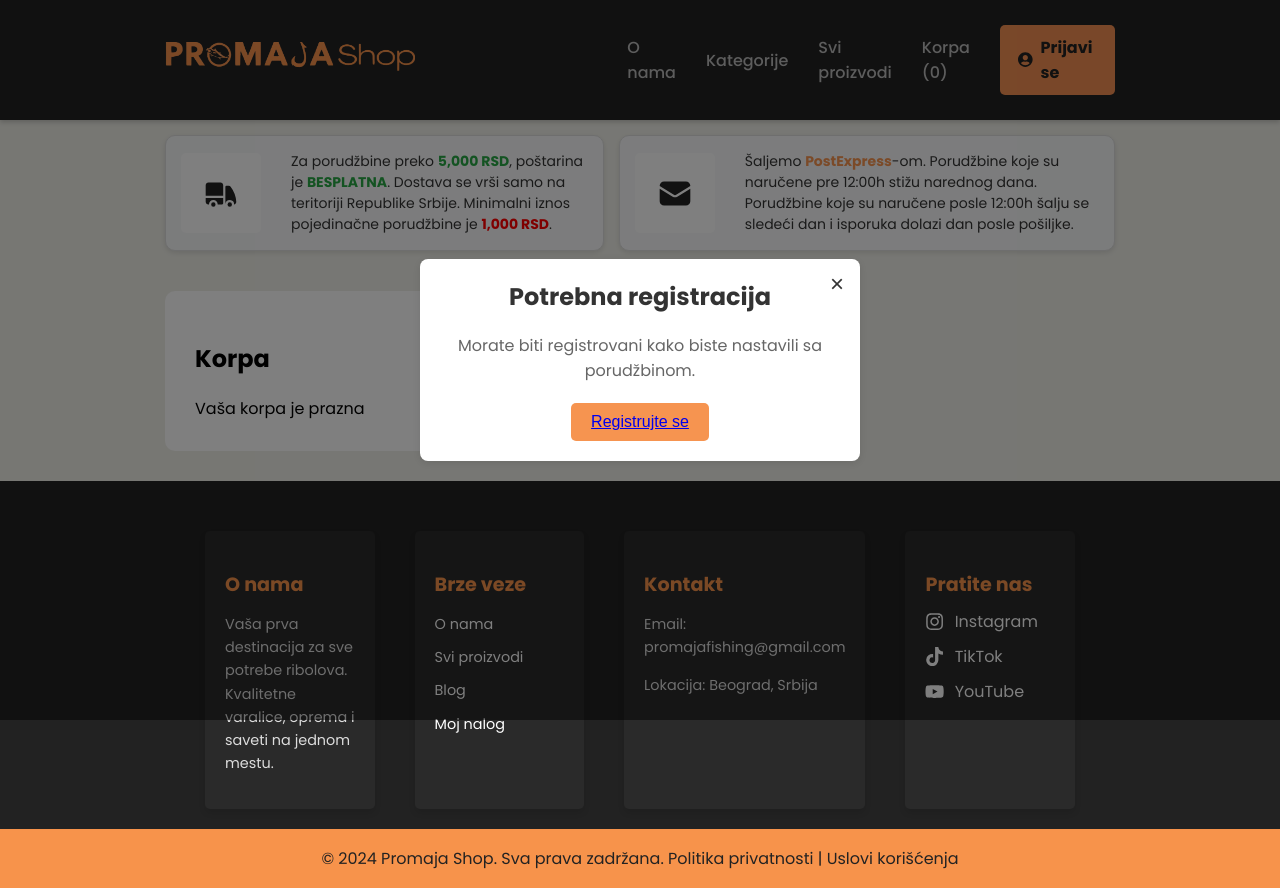
Repository: dimitrijekokovic/PromajaShopFront
Page: /cart
These files come from the project's save history. The page is drawn as it stood at one moment and after the next save; the edit follows.
The browser window is 1280 px wide. The pictures show the whole page.
The page's requests for data from a server got no answer. The project was rebuilt for these pictures with package versions that can differ from the ones it lists, and the page was loaded fresh each time. The framework's server and built-in components were replaced by stand-ins that run in the browser. No one was signed in, and anything a server would have sent is missing. Also part of the build but not shown: next.config.js, next.config.mjs, lib/colors.js, components/Button.js, components/Table.js, components/Input.js.

Above is the page before, as saved 2025-02-20 15:00:50.

After the next save:
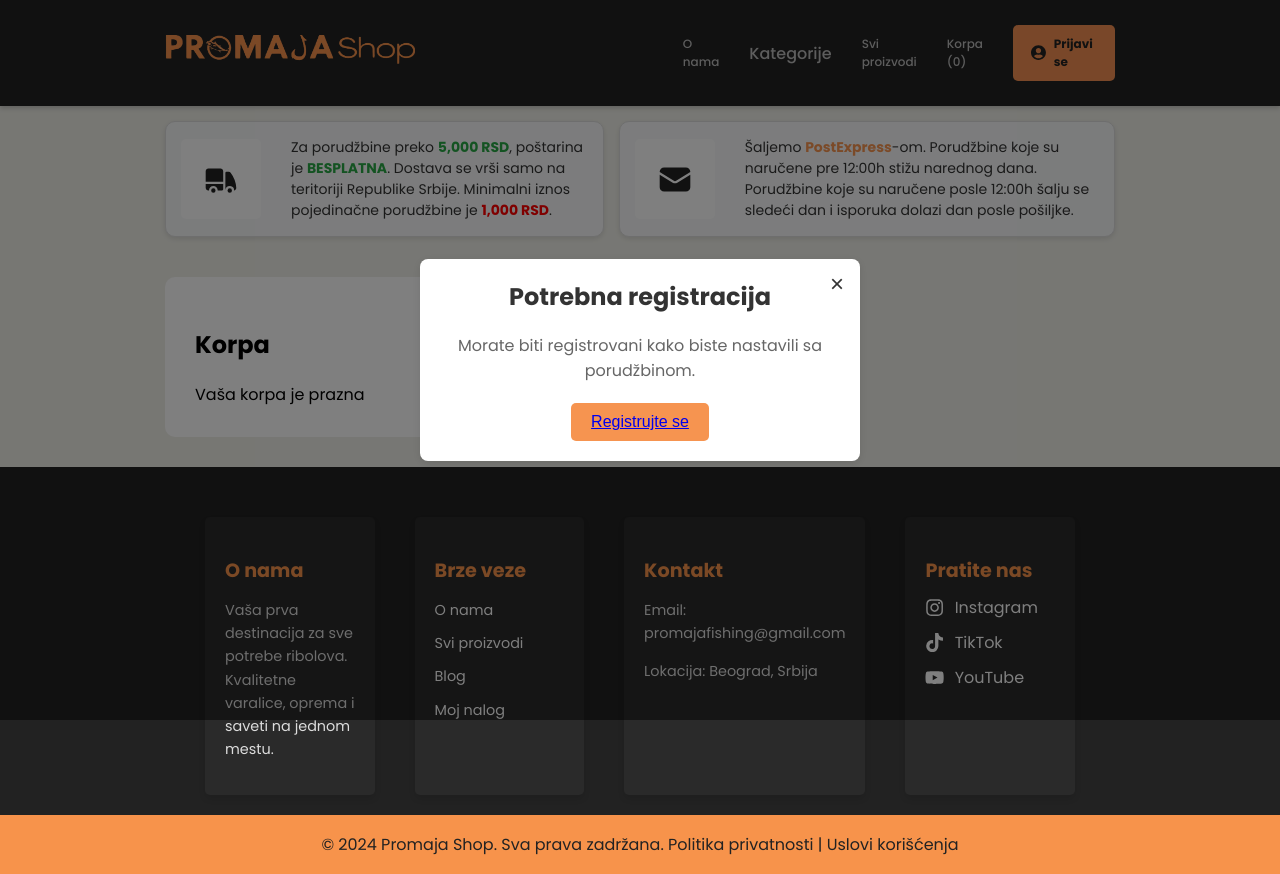
Saved 5 min 24 s later.
--- a/components/Header.js
+++ b/components/Header.js
@@ -44,7 +44,7 @@
 const NavLink = styled(Link)`
   color: #bbbbbb;
   text-decoration: none;
-  font-size: 16px;
+  font-size: 12px;
   font-weight: 500;
   display: flex;
   align-items: center;
@@ -69,7 +69,7 @@
   text-decoration: none;
   border-radius: 5px;
   font-weight: bold;
-  font-size: 16px;
+  font-size: 12px;
   transition: background-color 0.3s ease;
 
   &:hover {

After the 2 saves that followed:
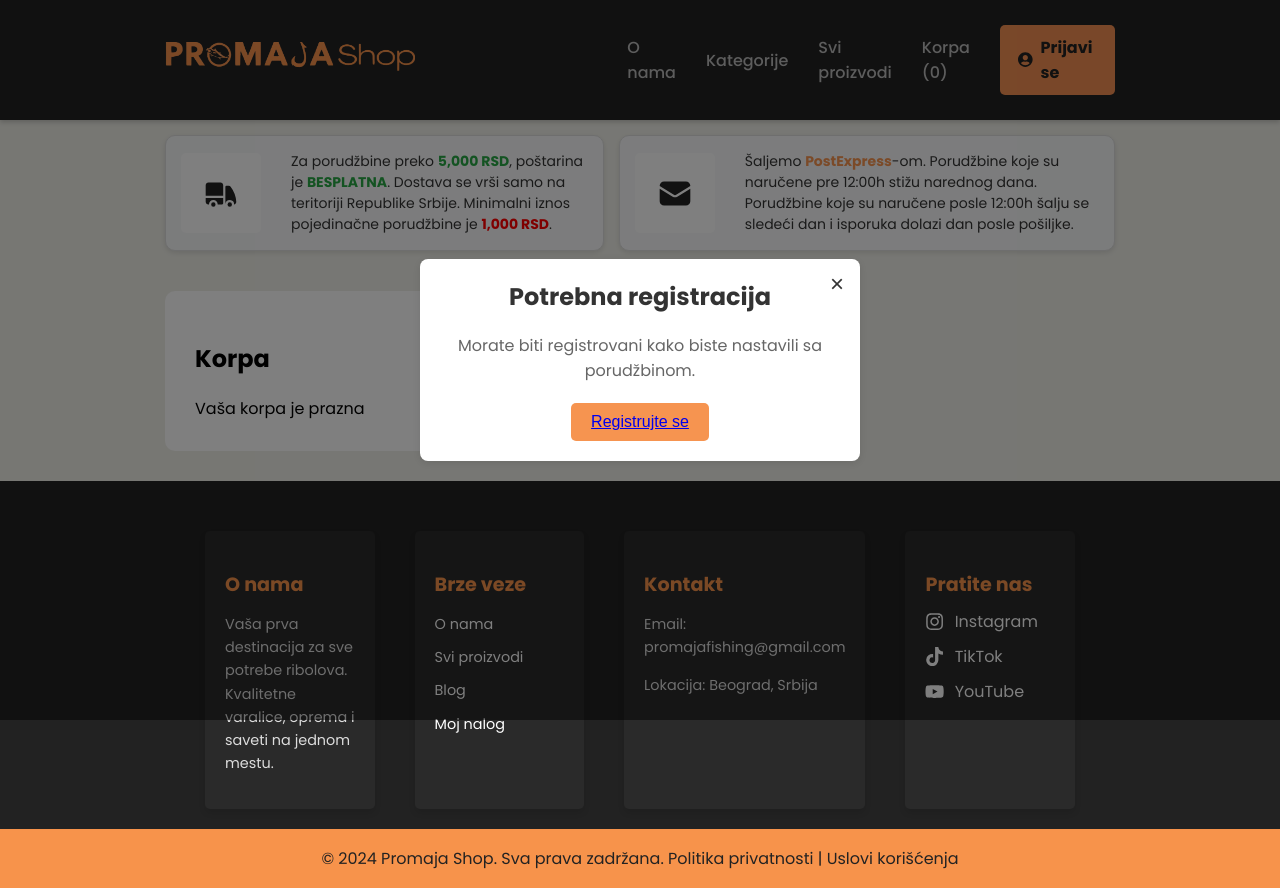
The 2 saves are shown as one change because they came seconds apart.
The last was saved 2 min 2 s later.
--- a/components/Header.js
+++ b/components/Header.js
@@ -44,7 +44,7 @@
 const NavLink = styled(Link)`
   color: #bbbbbb;
   text-decoration: none;
-  font-size: 12px;
+  font-size: 16px;
   font-weight: 500;
   display: flex;
   align-items: center;
@@ -69,7 +69,7 @@
   text-decoration: none;
   border-radius: 5px;
   font-weight: bold;
-  font-size: 12px;
+  font-size: 16px;
   transition: background-color 0.3s ease;
 
   &:hover {
